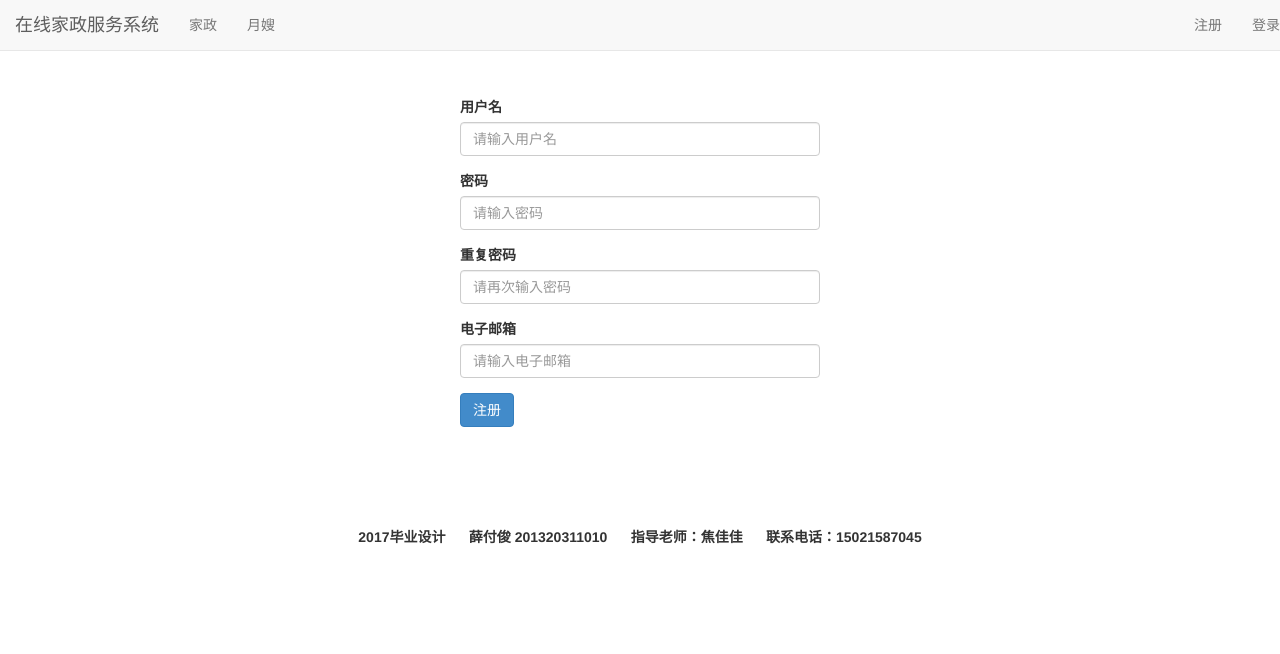
Repository: ELeonCXFJ/MyEclipseWS
Page: http://localhost/MyWeb/jsps/user/register.jsp
An editor plug-in stored every save of this project. The page is shown before and after the next save, followed by the edit.
The browser window is 1280 px wide. The pictures show the whole page.
The page is served by Tomcat 9. Nobody is signed in. The application's start-up code is not run.

Above is the page before, as saved 2017-03-23 11:26:24.

After the next save:
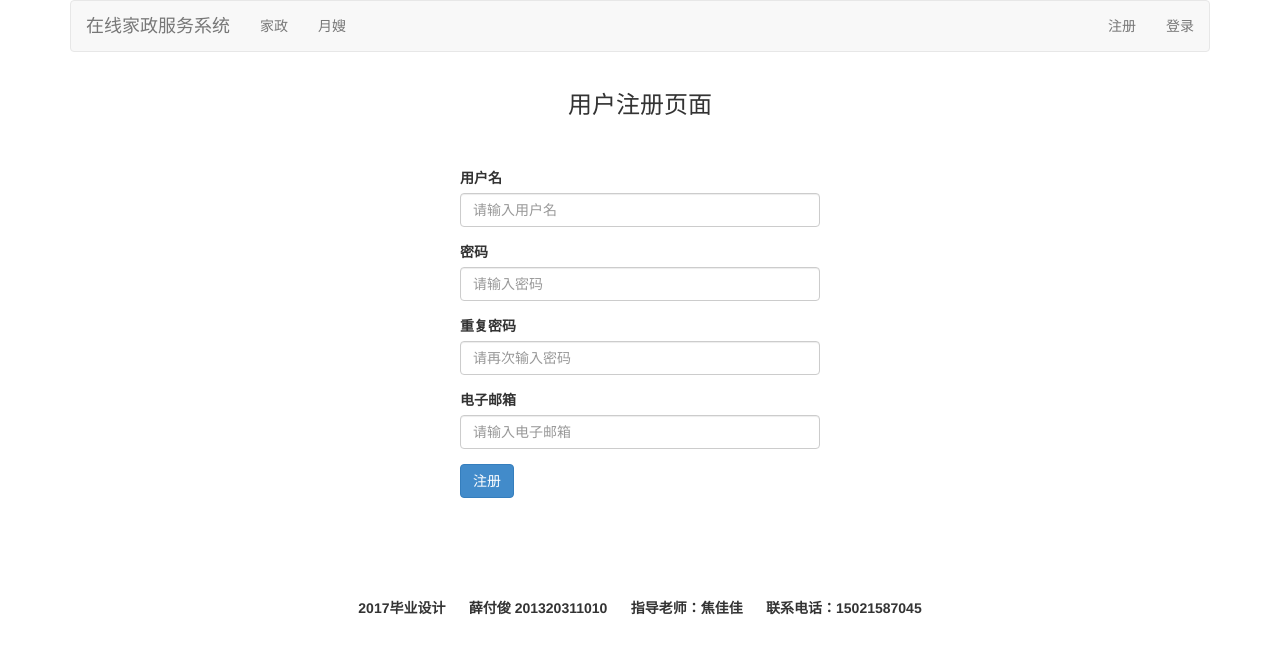
Saved 2 h 50 min later.
--- a/MyWeb/WebRoot/top.jsp
+++ b/MyWeb/WebRoot/top.jsp
@@ -12,7 +12,7 @@
 <div class="container" align="center">
 	<div class="row clearfix">
 		<div class="col-lg-12 col-md-12 col-xs-12 col-sm-12">
-			<nav class="navbar navbar-default navbar-fixed-top" role="navigation">
+			<nav class="navbar navbar-default" role="navigation">
 				<div class="navbar-header">
 					 <button type="button" class="navbar-toggle" data-toggle="collapse" data-target="#bs-example-navbar-collapse-1"> <span class="sr-only">Toggle navigation</span><span class="icon-bar"></span><span class="icon-bar"></span><span class="icon-bar"></span></button> <a class="navbar-brand" href="<c:url value='/index.jsp'/>">在线家政服务系统</a>
 				</div>
